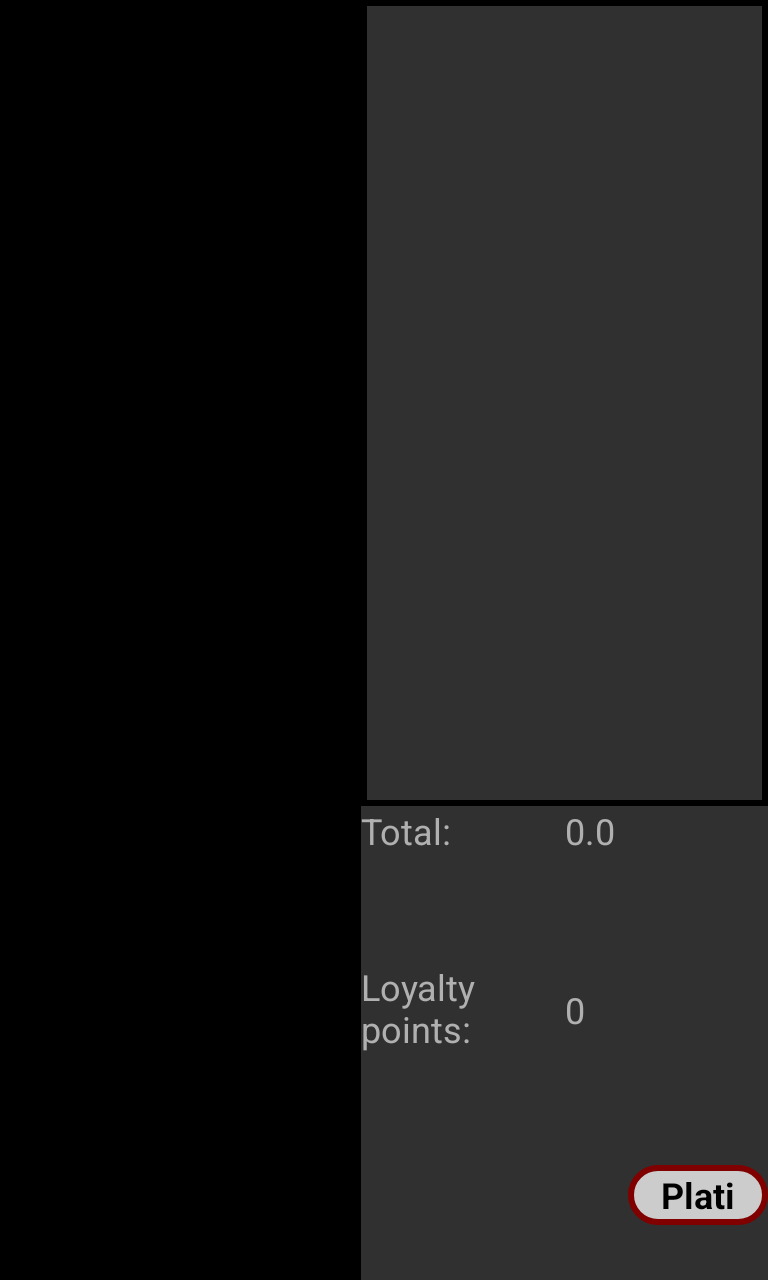
Repository: dzenisahusic/AndroidApp
Layout: Edit2014Sales/res/layout/fragment_kasa.xml
The author's editor kept a copy of each file at every save. The layout is drawn from the files as they stood at one save, then again after the next save.
It is drawn on a 768 x 1280 px phone screen (xhdpi) without system bars, with theme AppTheme; the app's code is not run. Lists and similar views that code fills are empty.

Above is the layout before, as saved 2014-07-15 19:15:41.

### Edit2014Sales/res/layout/fragment_kasa.xml
<RelativeLayout xmlns:android="http://schemas.android.com/apk/res/android"
    xmlns:tools="http://schemas.android.com/tools"
    android:id="@+id/layoutKasa"
    android:layout_width="match_parent"
    android:layout_height="fill_parent"
    tools:context="${relativePackage}.${activityClass}" >

    <RelativeLayout
        android:layout_width="match_parent"
        android:layout_height="match_parent"
        android:layout_alignParentBottom="true"
        android:layout_alignParentLeft="true"
        android:layout_alignParentRight="true"
        android:layout_alignParentTop="true"
        >

        <!-- Glavni layout -->
        <LinearLayout
            android:layout_width="fill_parent"
            android:layout_height="fill_parent"
            android:layout_weight="6"
            android:shape="rectangle"
            android:color="#000000"
            android:layout_alignParentLeft="true"
            android:layout_alignParentTop="true"
            android:background="#000000" >

            <!-- Desni layout -->

            <LinearLayout
                android:layout_width="238dp"
                android:layout_height="fill_parent"
                android:layout_weight="3"

                android:orientation="vertical"
                >

                <ListView android:id="@+id/list"
                                    android:layout_width="fill_parent"
                                    android:layout_height="fill_parent"
                                    />


            </LinearLayout>

            <!-- Lijevi layout -->
            <LinearLayout
                android:layout_width="261dp"
                android:layout_height="fill_parent"
                android:background="#303030"
                android:orientation="vertical"
                android:layout_weight="3" >

                                <!-- Gornji layout -->

                <LinearLayout
                    android:layout_width="fill_parent"
                    android:layout_height="184dp"
                    android:layout_weight="2"

                    android:orientation="vertical"
                     android:background="@drawable/krug"
                     >

                    <ListView android:id="@+id/list_racun"
    android:layout_width="fill_parent"
    android:layout_height="fill_parent"
    android:divider="#FFFFFF"

        							android:dividerHeight="4px"/>

                </LinearLayout>

                                <!-- Donji layout -->

                <LinearLayout
                    android:layout_width="fill_parent"
                    android:layout_height="wrap_content"
                    android:layout_weight="1"
                    android:background="#303030"
                    android:orientation="horizontal" >

                    <LinearLayout
                        android:layout_width="fill_parent"
                        android:layout_height="match_parent"
                        android:layout_weight="0.5"
                        android:background="#303030"
                        android:orientation="vertical" >

                        <LinearLayout
                            android:layout_width="match_parent"
                            android:layout_height="wrap_content"
                            android:layout_weight="0.24"
                            android:orientation="vertical" >

                            <TextView
                                android:id="@+id/textTotal"
                                android:layout_width="wrap_content"
                                android:layout_height="wrap_content"
                                android:textColor="#B0B0B0"
                                android:text="Total:"
                                android:clickable="true"
                                 android:onClick = "onClickmyTextView"
                                android:textAppearance="?android:attr/textAppearanceMedium" />

                        </LinearLayout>

                        <LinearLayout
                            android:layout_width="match_parent"
                            android:layout_height="wrap_content"
                            android:layout_weight="0.25"
                            android:orientation="vertical" >

                            <TextView
                                android:id="@+id/textLoyalty"
                                android:layout_width="wrap_content"
                                android:layout_height="wrap_content"
                                android:textColor="#B0B0B0"
                                android:text="Loyalty points:"
                                android:textAppearance="?android:attr/textAppearanceMedium" />

                        </LinearLayout>

                    </LinearLayout>

                     <LinearLayout
                         android:layout_width="fill_parent"
                         android:layout_height="match_parent"
                         android:layout_weight="0.5"
                         android:background="#303030"
                         android:orientation="vertical" >

                         <LinearLayout
                             android:layout_width="match_parent"
                             android:layout_height="wrap_content"
                             android:layout_weight="0.25"
                             android:textColor="#B0B0B0"
                             android:orientation="vertical" >

                             <TextView
                                 android:id="@+id/total"
                                 android:layout_width="wrap_content"
                                 android:layout_height="wrap_content"
                                 android:text="0.0"
                                 android:textColor="#B0B0B0"
                                 android:textAppearance="?android:attr/textAppearanceMedium" />

                         </LinearLayout>

                         <LinearLayout
                             android:layout_width="match_parent"
                             android:layout_height="wrap_content"
                             android:layout_weight="0.25"
                             android:orientation="vertical" >

                             <TextView
                                 android:id="@+id/loyalty"
                                 android:layout_width="wrap_content"
                                 android:layout_height="wrap_content"
                                 android:textColor="#B0B0B0"
                                 android:text="0"
                                 android:textAppearance="?android:attr/textAppearanceMedium" />

                         </LinearLayout>


                    </LinearLayout>



                </LinearLayout>

  <LinearLayout
      android:layout_width="match_parent"
      android:layout_height="wrap_content"
      android:layout_weight="0.25"
      android:gravity="fill_vertical|center_horizontal|right"
      android:orientation="horizontal" >

      <Button
          android:id="@+id/plati"
          android:layout_width="70dp"
          android:layout_height="30dp"
          android:background="@drawable/rounded_corner_top"
          android:gravity="fill_vertical|center_horizontal|center"
          android:text="Plati"
          android:textStyle="bold" />

                         </LinearLayout>
            </LinearLayout>

        </LinearLayout>

    </RelativeLayout>

</RelativeLayout>

### Edit2014Sales/res/values/styles.xml
<resources>

    <!--
        Base application theme, dependent on API level. This theme is replaced
        by AppBaseTheme from res/values-vXX/styles.xml on newer devices.
    -->
    <style name="AppBaseTheme" parent="android:Theme.Light">
        <!--
            Theme customizations available in newer API levels can go in
            res/values-vXX/styles.xml, while customizations related to
            backward-compatibility can go here.
        -->
    </style>

    <!-- Application theme. -->
    <style name="AppTheme" parent="AppBaseTheme">
        <!-- All customizations that are NOT specific to a particular API-level can go here. -->
    </style>
 <style name="Animations" />

    <style name="Animations.PopDownMenu" />

    <style name="Animations.PopDownMenu.Left">
        <item name="@android:windowEnterAnimation">@anim/grow_from_topleft_to_bottomright</item>
        <item name="@android:windowExitAnimation">@anim/shrink_from_bottomright_to_topleft</item>
    </style>


    <style name="Animations.PopUpMenu" />

    <style name="Animations.PopUpMenu.Left">
        <item name="@android:windowEnterAnimation">@anim/grow_from_bottomleft_to_topright</item>
        <item name="@android:windowExitAnimation">@anim/shrink_from_topright_to_bottomleft</item>
    </style>
</resources>

### Edit2014Sales/res/drawable-hdpi/krug.xml
<?xml version="1.0" encoding="UTF-8"?>

  <shape xmlns:android="http://schemas.android.com/apk/res/android" android:shape="rectangle">
  <stroke
        android:width="3dp"
        android:color="#000000" >
    </stroke>
</shape>

### Edit2014Sales/res/drawable-hdpi/rounded_corner_top.xml
<?xml version="1.0" encoding="UTF-8"?>

  <shape xmlns:android="http://schemas.android.com/apk/res/android" android:shape="rectangle">
  <corners android:radius="20dp"/>
  <solid android:color="#CCCCCC"/>
  <stroke
        android:width="3dp"
        android:color="#800000" >
    </stroke>
</shape>

Loaded but not shown: Edit2014Sales/res/values-v11/styles.xml (common file); Edit2014Sales/res/values-v14/styles.xml (common file)

After the next save:
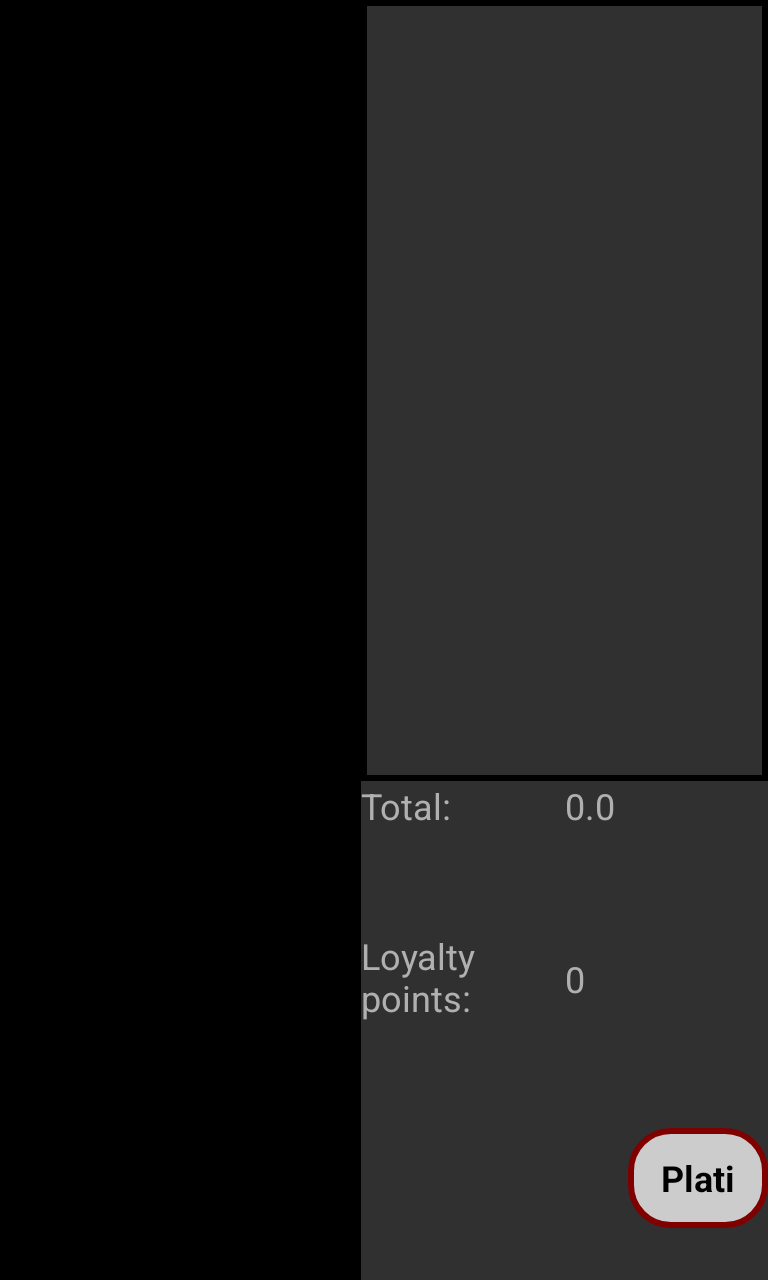
Saved 97 s later.
--- a/Edit2014Sales/res/layout/fragment_kasa.xml
+++ b/Edit2014Sales/res/layout/fragment_kasa.xml
@@ -180,7 +180,7 @@
       <Button
           android:id="@+id/plati"
           android:layout_width="70dp"
-          android:layout_height="30dp"
+          android:layout_height="50dp"
           android:background="@drawable/rounded_corner_top"
           android:gravity="fill_vertical|center_horizontal|center"
           android:text="Plati"
